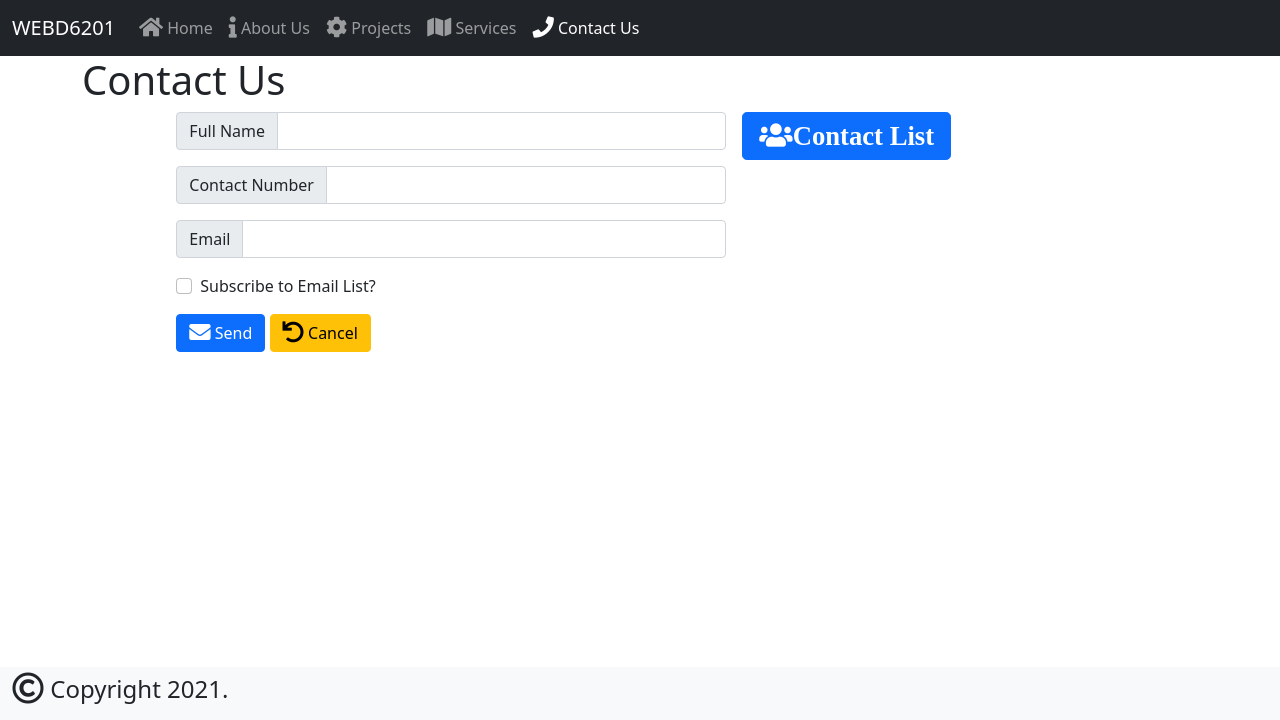
Repository: GarlicButterBoy/WEBD6201-ICE04
Page: contact.html
These files come from the project's save history. The page is drawn as it stood at one moment and after the next save; the edit follows.
The browser window is 1280 px wide. The pictures show the whole page.

Above is the page before, as saved 2021-02-10 09:35:02.

After the next save:
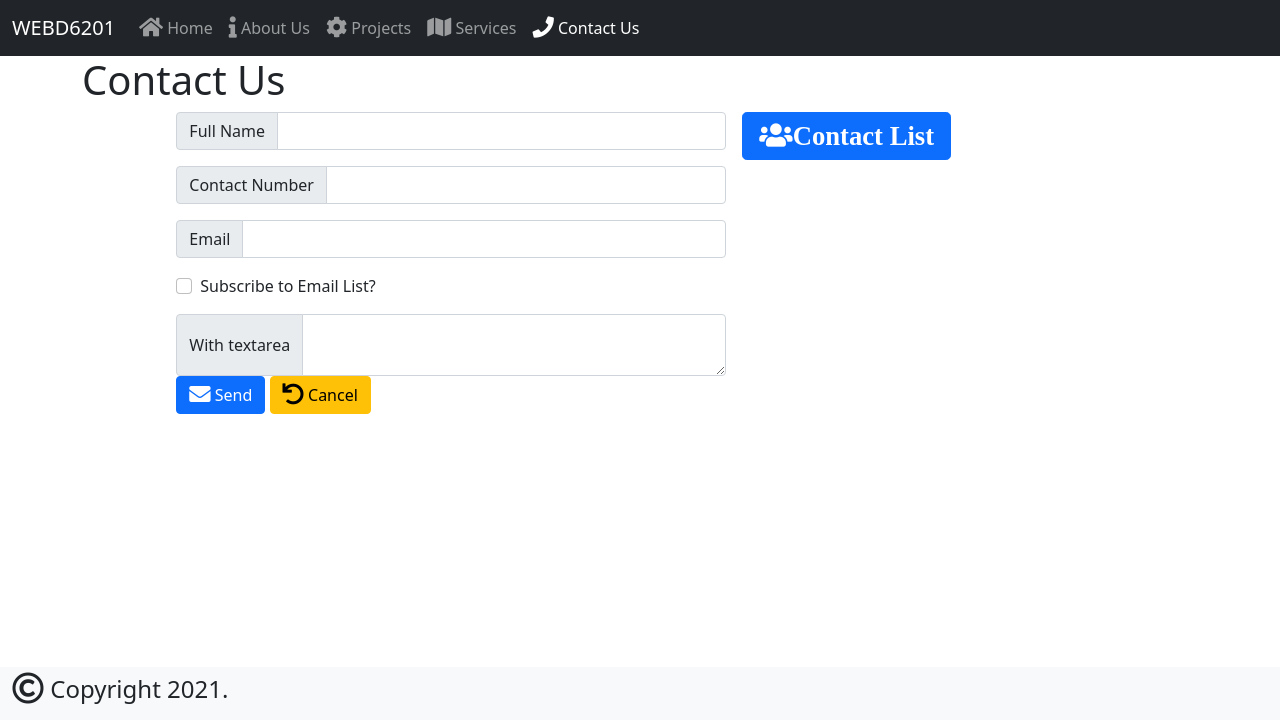
Saved 2 min 17 s later.
--- a/contact.html
+++ b/contact.html
@@ -77,6 +77,10 @@
               <label class="form-check-label" for="subscribeCheckbox">Subscribe to Email List?</label>
             </div>
 
+            <div class="input-group">
+              <span class="input-group-text">With textarea</span>
+              <textarea class="form-control" aria-label="With textarea"></textarea>
+            </div>
 
             <button id="sendButton" type="submit" class="btn btn-primary"><i class="fas fa-envelope fa-lg"></i> Send</button>
             <button id="cancelButton" type="reset" class="btn btn-warning"><i class="fas fa-undo fa-lg"></i> Cancel</button>
